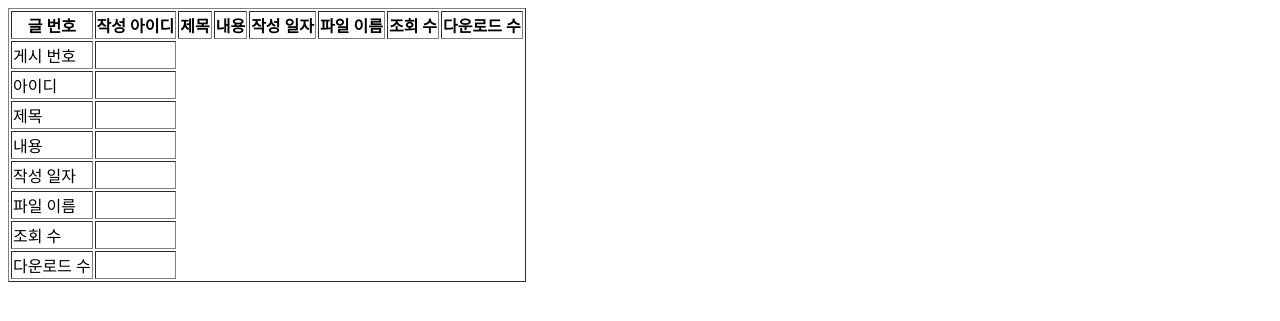
Repository: khy4701/JavaServerPage-Servlet
Page: http://localhost/07.BoardProejct/View.jsp
The author's editor kept a copy of each file at every save. The page is drawn from the files as they stood at one save, then again after the next save.
The browser window is 1280 px wide. The pictures show the whole page.
The page is served by Tomcat 9.

Above is the page before, as saved 2016-07-25 06:53:33.

After the next save:
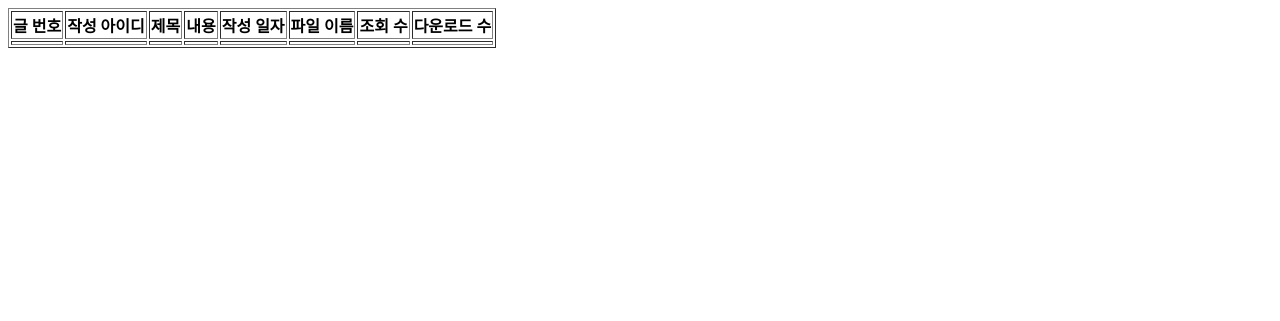
Saved 41 s later.
--- a/07.BoardProejct/WebContent/View.jsp
+++ b/07.BoardProejct/WebContent/View.jsp
@@ -17,14 +17,14 @@
 <tr><th> 글 번호 </th> <th> 작성 아이디</th> <th> 제목</th>
 <th>내용 </th> <th>작성 일자</th> <th>파일 이름</th> <th>조회 수</th> <th> 다운로드 수</th> </tr>
 
-    <tr><td> 게시 번호 </td> <td> ${content.num }        </td></tr>
-    <tr><td> 아이디	 </td> <td> ${content.id }  </td></tr>
-    <tr><td> 제목	 </td> <td> ${content.title }  </td></tr>
-    <tr><td> 내용	 </td> <td> ${content.content }  	  </td></tr>
-    <tr><td> 작성 일자 </td> <td> ${content.writeDate }   </td></tr>
-    <tr><td> 파일 이름  </td> <td> ${content.fileName }   </td></tr>
-    <tr><td> 조회 수  </td> <td> ${content.readCount }   </td></tr>
-    <tr><td> 다운로드 수  </td> <td> ${content.downCount }   </td></tr>
+    <tr><td> ${content.num }        </td>
+    <td> ${content.id }  </td>
+    <td> ${content.title }  </td>
+    <td> ${content.content }  	  </td>
+    <td> ${content.writeDate }   </td>
+    <td> ${content.fileName }   </td>
+    <td> ${content.readCount }   </td>
+    <td> ${content.downCount }   </td></tr>
 
 </table>
 
